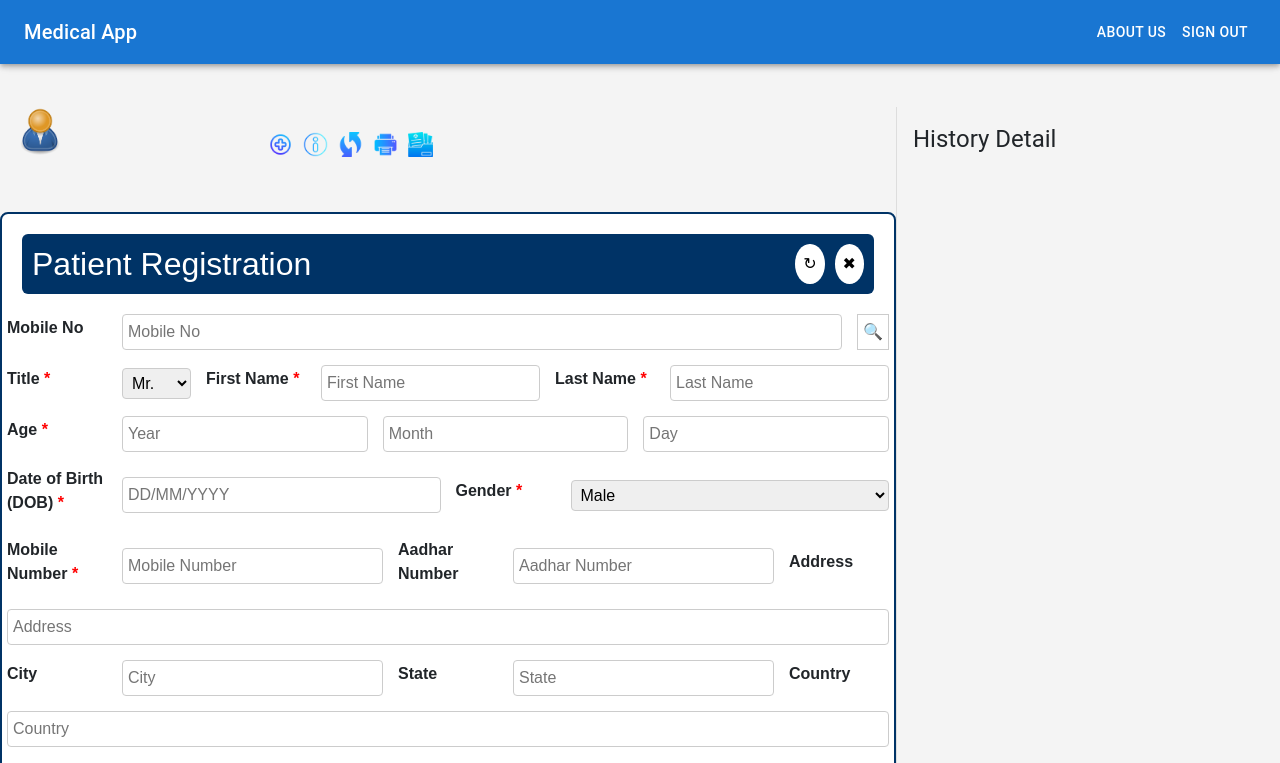
Repository: sshaiv/demo_project
Page: /
These files come from the project's save history. The page is drawn as it stood at one moment and after a run of saves; the edit follows.
The browser window is 1280 px wide. The pictures show the whole page.
An inner scrolling area shows only its first screen. The project was rebuilt for these pictures with package versions that can differ from the ones it lists, and the page was loaded fresh each time.

Above is the page before, as saved 2024-08-12 22:23:36.

### public/index.html
<!DOCTYPE html>
<html lang="en">
  <head>
    <meta charset="utf-8" />
    <link rel="icon" href="%PUBLIC_URL%/favicon.ico" />
    <meta name="viewport" content="width=device-width, initial-scale=1" />
    <meta name="theme-color" content="#000000" />
    <meta
      name="description"
      content="Web site created using create-react-app"
    />
    <link rel="apple-touch-icon" href="%PUBLIC_URL%/logo192.png" />
    <!--
      manifest.json provides metadata used when your web app is installed on a
      user's mobile device or desktop. See https://developers.google.com/web/fundamentals/web-app-manifest/
    -->
    <link rel="manifest" href="%PUBLIC_URL%/manifest.json" />
    <link
  rel="stylesheet"
  href="https://maxcdn.bootstrapcdn.com/bootstrap/4.5.2/css/bootstrap.min.css"
/>

    <!--
      Notice the use of %PUBLIC_URL% in the tags above.
      It will be replaced with the URL of the `public` folder during the build.
      Only files inside the `public` folder can be referenced from the HTML.

      Unlike "/favicon.ico" or "favicon.ico", "%PUBLIC_URL%/favicon.ico" will
      work correctly both with client-side routing and a non-root public URL.
      Learn how to configure a non-root public URL by running `npm run build`.
    -->
    <title>React App</title>
  </head>
  <body>
    <noscript>You need to enable JavaScript to run this app.</noscript>
    <div id="root"></div>
    <!--
      This HTML file is a template.
      If you open it directly in the browser, you will see an empty page.

      You can add webfonts, meta tags, or analytics to this file.
      The build step will place the bundled scripts into the <body> tag.

      To begin the development, run `npm start` or `yarn start`.
      To create a production bundle, use `npm run build` or `yarn build`.
    -->
  </body>
</html>

### src/App.js
// src/App.js
import React from 'react';
import { Box, Container } from '@mui/material';
import LeftSection from './components/LeftSection';
import RightSection from './components/RightSection';
import Header from './components/Header'; // Assuming you have a Header component
import NursingHeader from './components/NursingHeader';

const App = () => {
  return (
    <div>
      <Header /> {/* Include your header if you have one */}

      <Box
        sx={{
          position:'relative',
          top:'75px',
          display: 'flex',
          height: 'calc(100vh - 64px)', // Adjust height if you have a header
        }}
      >
        <Box sx={{ width: '70%', overflowY: 'scroll' }}>
          <LeftSection />
           <NursingHeader />
        </Box>
        <Box sx={{ width: '30%', borderLeft: '1px solid #ddd' }}>
          <RightSection />
        </Box>
      </Box>
    </div>
  );
};

export default App;

### src/components/LeftSection.jsx
// src/components/LeftSection.js
import React from 'react';
// import { Box, Typography, TextField, Grid } from '@mui/material';

const LeftSection = () => {
  return (
   <div></div>
  );
};

export default LeftSection;

### src/components/RightSection.jsx
// src/components/RightSection.js
import React from 'react';
import { Box, Typography } from '@mui/material';

const RightSection = () => {
  return (
    <Box
      sx={{
        width: '100%',
        height: 'calc(100vh - 64px)',
        padding: '16px',
        boxSizing: 'border-box',
      }}
    >
      <Typography variant="h5" gutterBottom>
        History Detail
      </Typography>
      {/* Add more content as needed */}
    </Box>
  );
};

export default RightSection;

### src/components/Header.js
import React from 'react';
import { AppBar, Toolbar, Typography, Button } from '@mui/material';

const Header = () => {
  return (
    <AppBar position="fixed">
      <Toolbar>
        <Typography variant="h6" style={{ flexGrow: 1 }}>
          Medical App
        </Typography>
        <Button color="inherit">About Us</Button>
        <Button color="inherit">Sign Out</Button>
      </Toolbar>
    </AppBar>
  );
};

export default Header;

### src/components/NursingHeader.js
// import React from "react";
import React, { useState } from "react";
import Modal from "./AddPatient";
import  '../cssfile/style.css'

const NursingHeader = () => {
    const [isModalOpen, setIsModalOpen] = useState(false);

    const openModal = () => {
      setIsModalOpen(true);
    };

    const closeModal = () => {
      setIsModalOpen(false);
    };

  return (
    <div id="NursingHeader" className="container-fluid">
      <div className="row">
        {/* Employee Image */}
        <div className="col-md-1">
          <img
            src="/assets/2000px-User_icon_2.svg.png"
            style={{
              width: "50px",
              height: "50px",
              marginRight: "10px",
              cursor: "pointer",
            }}
            alt=""
            onClick={() => console.log("Add Patient Clicked")}
          />
        </div>

        {/* Patient Information */}
        <div className="col-md-5">
          <div
            className="input-group input-group-sm"
            style={{ fontWeight: "bolder", border: "none" }}
          >
            <span
              id="txtPatName"
              style={{
                display: "inline",
                fontWeight: "bolder",
                border: "none",
              }}
            >
              {/* Patient Name */}
            </span>
            <span
              id="txtAgeSex"
              style={{
                display: "inline",
                fontWeight: "bolder",
                border: "none",
              }}
            >
              {/* Age and Sex */}
            </span>
            <span
              id="txtNurIpdNo"
              style={{
                display: "inline",
                fontWeight: "bolder",
                border: "none",
              }}
            >
              {/* Nurse IPD Number */}
            </span>
            <span
              id="txtMobNo"
              className="glyphicon glyphicon-phone"
              style={{
                display: "inline",
                fontWeight: "bolder",
                fontSize: "15px",
                border: "none",
              }}
            >
              {/* Mobile Number */}
            </span>
          </div>
        </div>

        {/* Action Buttons */}
        <div
        className="col-md-6"
        style={{ textAlign: "right", position: "relative", bottom: "40px" }}
      >
        <img
          src="/assets/addpatients.png"
          style={{
            width: "25px",
            height: "25px",
            marginRight: "10px",
            cursor: "pointer",
          }}
          alt="ADD"
          onClick={openModal}
        />
        <img
          src="/assets/info-button.png"
          style={{
            width: "25px",
            height: "25px",
            marginRight: "10px",
            cursor: "pointer",
          }}
          alt="Info"
          onClick={() => console.log("Info Button Clicked")}
        />
        <img
          src="/assets/refresh.png"
          style={{
            width: "25px",
            height: "25px",
            marginRight: "10px",
            cursor: "pointer",
          }}
          alt="Refresh"
          onClick={() => console.log("Refresh Clicked")}
        />
        <img
          src="/assets/printer.png"
          style={{
            width: "25px",
            height: "25px",
            marginRight: "10px",
            cursor: "pointer",
          }}
          alt="Print"
          onClick={() => console.log("Print Clicked")}
        />
        <img
          src="/assets/folder.png"
          style={{ width: "25px", height: "25px", cursor: "pointer" }}
          alt="Folder"
          onClick={() => console.log("Folder Clicked")}
        />
      </div>

      {/* Modal */}
      <Modal isOpen={isModalOpen} onClose={closeModal}>
        <h2>Add Patient</h2>
        <form>
          {/* Your form fields go here */}
          <div>
            <label>Name:</label>
            <input type="text" name="name" />
          </div>
          <div>
            <label>Age:</label>
            <input type="number" name="age" />
          </div>
          <div>
            <label>Gender:</label>
            <select name="gender">
              <option value="male">Male</option>
              <option value="female">Female</option>
            </select>
          </div>
          <button type="submit">Submit</button>
        </form>
      </Modal>
      </div>

      {/* Hidden Fields */}
      <div className="row">
        <div className="col-md-1" hidden>
          <label>Bed No.</label>
          <input
            id="txtBedNo"
            type="text"
            className="form-control form-control-readonly"
            readOnly
            disabled
          />
        </div>
        <div className="col-md-1" hidden>
          <label>Age</label>
          <input
            id="txtAge"
            type="text"
            className="form-control form-control-readonly"
            readOnly
            disabled
          />
        </div>
        <div className="col-md-1" hidden>
          <label>Gender</label>
          <input
            id="txtGender"
            type="text"
            className="form-control form-control-readonly"
            readOnly
            disabled
          />
        </div>
      </div>
    </div>
  );
};

// Reusable Button Component
const Button = ({ id, imgSrc, onClick, title, disabled }) => (
  <button
    id={id}
    className="btn btn-primary btn-sm"
    style={{ backgroundColor: "transparent" }}
    onClick={onClick}
    title={title}
    disabled={disabled}
  >
    <img
      src={imgSrc}
      style={{ width: "25px", height: "25px" }}
      alt={title || "button"}
    />
  </button>
);

export default NursingHeader;

### src/components/AddPatient.js
import React from 'react';
// import '/project/my-app/src/hms_css/NursingHeader.css';
import '../cssfile/style.css';

const AddPatient = () => {
  const handleDocumentPatientFile = (type) => {
    console.log(`Document Patient File Type: ${type}`);
  };

  const handleRefreshDocExmn = () => {
    console.log('Refresh Document Examination');
  };

  const handleGetReportDoctorExmnData = () => {
    console.log('Get Report Doctor Examination Data');
  };

  const handleOnClose = () => {
    console.log('Close');
  };

  return (
    <div className="container">
      <div className="header">
        <h2>Patient Registration</h2>
        <div className="buttons">
          <button className="refresh-btn" onClick={handleRefreshDocExmn}>
            &#x21bb;
          </button>
          <button className="close-btn" onClick={handleOnClose}>
            &#x2716;
          </button>
        </div>
      </div>
      <form className="patient-form">
        <div className="row">
          <label>Mobile No</label>
          <input type="text" placeholder="Mobile No" />
          <button className="search-btn">&#x1F50D;</button>
        </div>

        <div className="row">
          <label>
            Title <span className="required">*</span>
          </label>
          <select>
            <option>Mr.</option>
            <option>Mrs.</option>
            <option>Ms.</option>
          </select>

          <label>
            First Name <span className="required">*</span>
          </label>
          <input type="text" placeholder="First Name" />

          <label>
            Last Name <span className="required">*</span>
          </label>
          <input type="text" placeholder="Last Name" />
        </div>

        <div className="row">
          <label>
            Age <span className="required">*</span>
          </label>
          <input type="text" placeholder="Year" />
          <input type="text" placeholder="Month" />
          <input type="text" placeholder="Day" />

          <label>
            Date of Birth (DOB) <span className="required">*</span>
          </label>
          <input type="text" placeholder="DD/MM/YYYY" />

          <label>
            Gender <span className="required">*</span>
          </label>
          <select>
            <option>Male</option>
            <option>Female</option>
            <option>Other</option>
          </select>
        </div>

        <div className="row">
          <label>
            Mobile Number <span className="required">*</span>
          </label>
          <input type="text" placeholder="Mobile Number" />

          <label>Aadhar Number</label>
          <input type="text" placeholder="Aadhar Number" />

          <label>Address</label>
          <input type="text" placeholder="Address" />
        </div>

        <div className="row">
          <label>City</label>
          <input type="text" placeholder="City" />

          <label>State</label>
          <input type="text" placeholder="State" />

          <label>Country</label>
          <input type="text" placeholder="Country" />
        </div>

        <div className="footer">
          <button type="submit" className="done-btn">
            DONE
          </button>
        </div>
      </form>
    </div>
  );
};

export default AddPatient;

### src/cssfile/style.css
body {
    font-family: Arial, sans-serif;
    background-color: #f4f4f4;
    display: flex;
    justify-content: center;
    align-items: center;
    height: 100vh;
    margin: 0;
  }

  .container {
    background-color: white;
    width: 100%;
    border: 2px solid #003366;
    border-radius: 8px;
    padding: 20px;
  }

  .header {
    display: flex;
    justify-content: space-between;
    align-items: center;
    background-color: #003366;
    color: white;
    padding: 10px;
    border-radius: 6px;
  }

  .header h2 {
    margin: 0;
  }

  .buttons {
    display: flex;
    gap: 10px;
  }

  .buttons button {
    background-color: white;
    border: none;
    border-radius: 50%;
    padding: 8px;
    cursor: pointer;
    font-size: 16px;
  }

  .patient-form {
    margin-top: 20px;
  }

  .row {
    display: flex;
    align-items: center;
    margin-bottom: 15px;
    gap: 15px;
  }

  .row label {
    width: 100px;
    font-weight: bold;
  }

  .row input,
  .row select {
    flex: 1;
    padding: 5px;
    border: 1px solid #ccc;
    border-radius: 4px;
  }

  .row .required {
    color: red;
  }

  .search-btn {
    background-color: #fff;
    border: 1px solid #ccc;
    padding: 5px;
    cursor: pointer;
  }

  .footer {
    display: flex;
    justify-content: center;
    margin-top: 20px;
  }

  .done-btn {
    background-color: #003366;
    color: white;
    padding: 10px 20px;
    border: none;
    border-radius: 4px;
    cursor: pointer;
    font-size: 16px;
  }

Loaded but not shown: src/index.js (common file); src/index.css (common file)

After the next 2 saves:
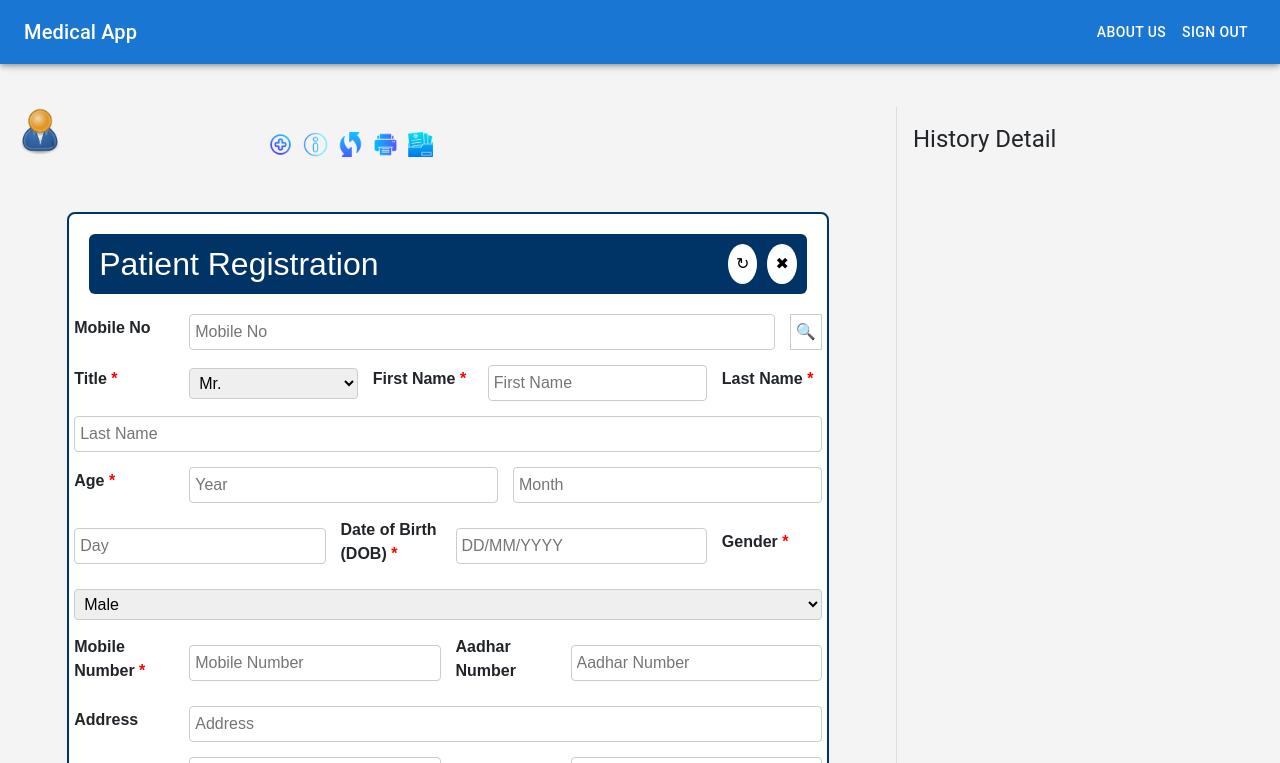
The 2 saves are shown as one change because they came seconds apart.
The last was saved 6 min 55 s later.
--- a/src/cssfile/style.css
+++ b/src/cssfile/style.css
@@ -10,7 +10,7 @@ body {
 
   .container {
     background-color: white;
-    width: 100%;
+    width: 85%;
     border: 2px solid #003366;
     border-radius: 8px;
     padding: 20px;
